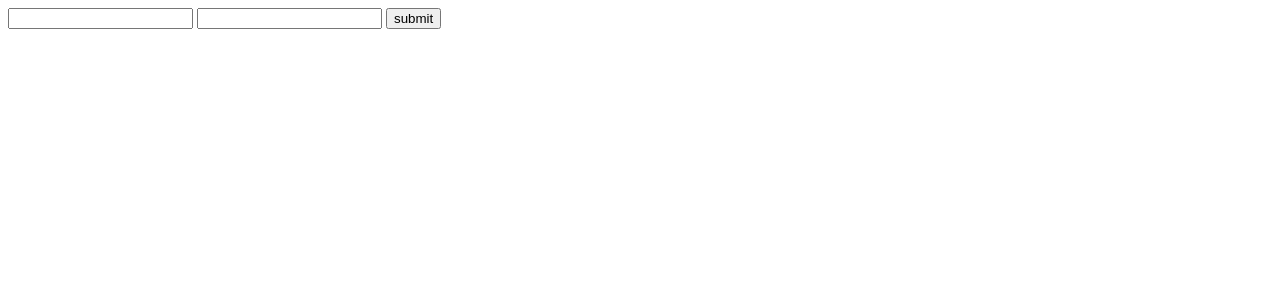
Repository: vibhu95/MatchFinder
Page: workspace/MatchFinder/WebContent/WEB-INF/test.html
These files come from the project's save history. The page is drawn as it stood at one moment and after the next save; the edit follows.
The browser window is 1280 px wide. The pictures show the whole page.

Above is the page before, as saved 2018-01-30 20:28:05.

### workspace/MatchFinder/WebContent/WEB-INF/test.html
<!DOCTYPE html PUBLIC "-//W3C//DTD HTML 4.01 Transitional//EN" "http://www.w3.org/TR/html4/loose.dtd">
<html>
<head>
<meta http-equiv="Content-Type" content="text/html; charset=ISO-8859-1">
<title>Insert title here</title>
</head>
<body>

<form action="Login" method="post">
<input type="text" name="email" >
<input type="password" name="password">
<input type="submit" value="submit">

</form>


</body>
</html>

After the next save:
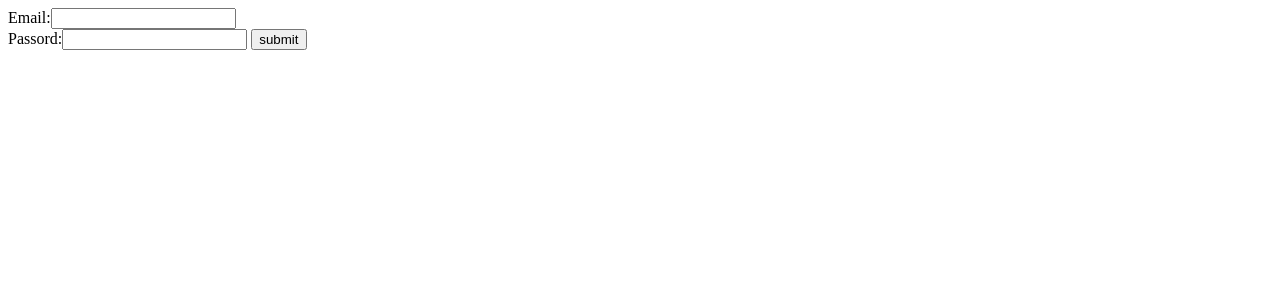
Saved 26 s later.
--- a/workspace/MatchFinder/WebContent/WEB-INF/test.html
+++ b/workspace/MatchFinder/WebContent/WEB-INF/test.html
@@ -7,8 +7,8 @@
 <body>
 
 <form action="Login" method="post">
-<input type="text" name="email" >
-<input type="password" name="password">
+Email:<input type="text" name="email" ></br>
+Passord:<input type="password" name="password">
 <input type="submit" value="submit">
 
 </form>
